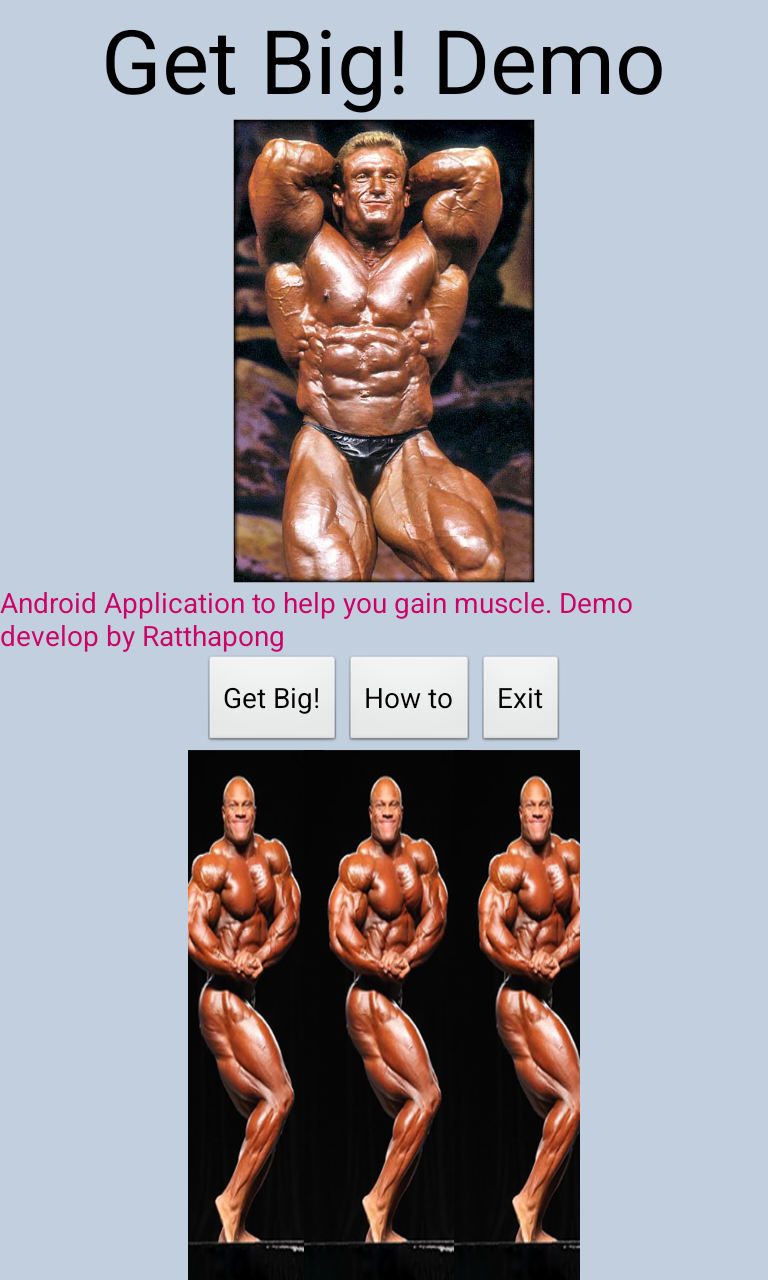
Repository: parinya1968/My-project
Layout: DroidWork/getBig/res/layout/main.xml
The author's editor kept a copy of each file at every save. The layout is drawn from the files as they stood at one save, then again after the next save.
It is drawn on a 768 x 1280 px phone screen (xhdpi) without system bars, with theme android:Theme.NoTitleBar.Fullscreen; the app's code is not run.

Above is the layout before, as saved 2012-06-20 06:08:43.

After the next save:
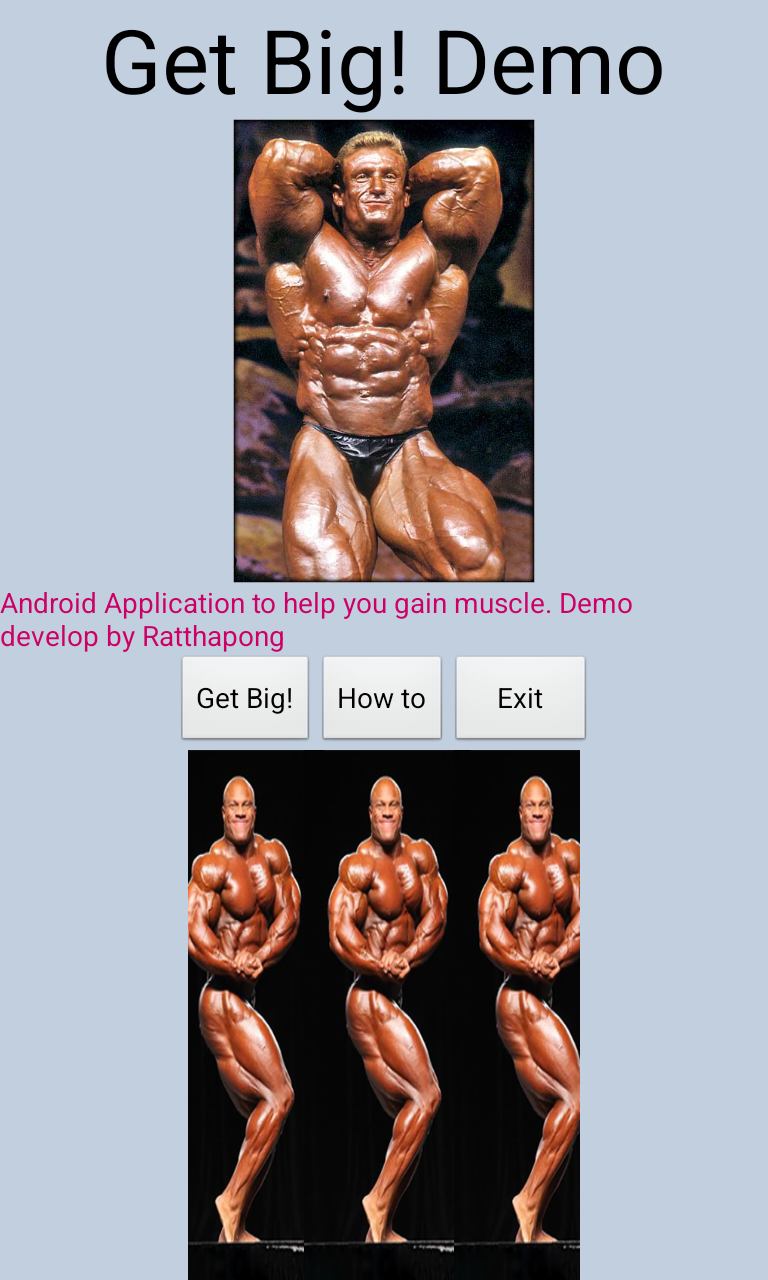
Saved 64 s later.
--- a/DroidWork/getBig/res/layout/main.xml
+++ b/DroidWork/getBig/res/layout/main.xml
@@ -50,9 +50,11 @@
             android:text="How to" />
 
 
+
+
         <Button
             android:id="@+id/exit"
-            android:layout_width="wrap_content"
+            android:layout_width="72dp"
             android:layout_height="wrap_content"
             android:text="Exit" />
 
